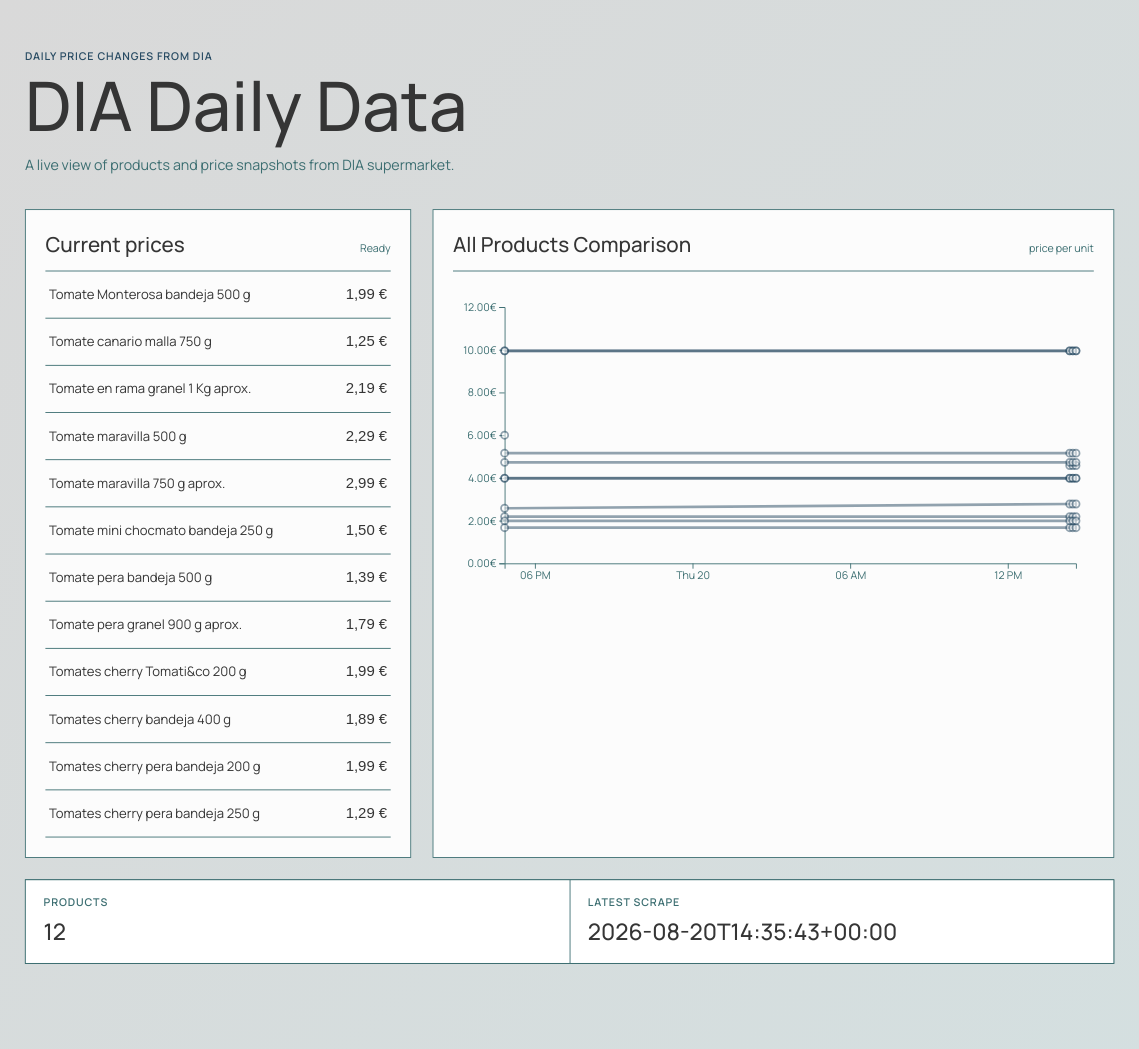
Repository: lloop/dia-daily-data
Page: http://localhost/
An editor plug-in stored every save of this project. The page is shown before and after the next save, followed by the edit.
The browser window is 1280 px wide. The pictures show the whole page, at 89% of full size.
The page is served by the project's application, run on Flask 3 (app.py). The page reads the database file committed with the project.

Above is the page before, as saved 2026-08-20 17:26:38.

After the next save:
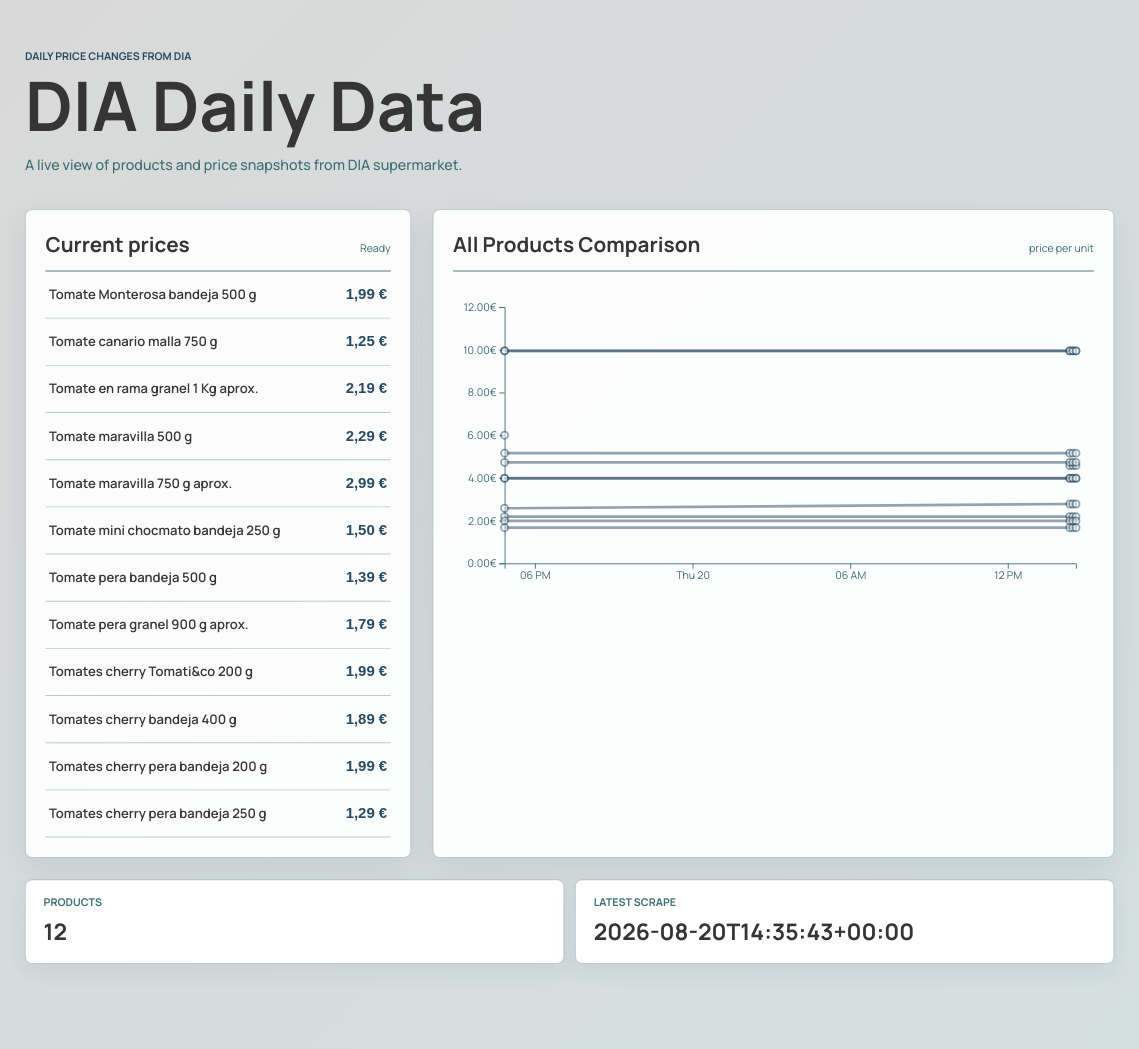
Saved 3 min 6 s later.
--- a/static/styles.css
+++ b/static/styles.css
@@ -21,24 +21,24 @@
 body { margin: 0; background: linear-gradient(135deg, var(--alabaster-grey), rgba(60, 110, 113, 0.22)); color: var(--ink); font-family: var(--font-sans);}
 .dashboard { max-width: 1280px; margin: 0 auto; padding: 56px 28px 72px; }
 .dashboard__header { max-width: 700px; margin-bottom: 36px; }
-.eyebrow, .summary__label, #status, #chart-unit { font: 600 0.75rem/1.2 var(--font-sans); letter-spacing: 0.08em; text-transform: uppercase; }
+.eyebrow, .summary__label, #status, #chart-unit { font: 700 0.75rem/1.2 var(--font-sans); letter-spacing: 0; text-transform: uppercase; }
 .eyebrow { color: var(--yale-blue); margin: 0 0 12px; }
-h1 { font-size: clamp(2.5rem, 6vw, 5.25rem); line-height: 0.95; margin: 0 0 18px; font-weight: 500; }
-.lede { color: var(--muted); font: 1rem/1.6 var(--font-sans); margin: 0; }
-.summary { display: flex; gap: 1px; margin-bottom: 24px; background: var(--line); border: 1px solid var(--line); }
-.summary > div { flex: 1; background: var(--panel); padding: 18px 20px; }
+h1 { font-size: clamp(2.5rem, 6vw, 5.25rem); line-height: 0.95; margin: 0 0 18px; font-weight: 700; letter-spacing: 0; }
+.lede { color: var(--muted); font: 500 1rem/1.6 var(--font-sans); margin: 0; }
+.summary { display: flex; gap: 12px; margin-bottom: 24px; }
+.summary > div { flex: 1; background: var(--panel); border: 1px solid rgba(60, 110, 113, 0.35); border-radius: 8px; padding: 18px 20px; box-shadow: 0 8px 24px rgba(40, 75, 99, 0.08); }
 .summary__label { display: block; color: var(--muted); margin-bottom: 8px; }
-.summary strong { font-size: 1.6rem; font-weight: 500; }
+.summary strong { font-size: 1.6rem; font-weight: 700; }
 .content-grid { display: grid; grid-template-columns: minmax(260px, 0.85fr) minmax(420px, 1.5fr); gap: 24px; margin-bottom: 24px;}
-.panel { background: rgba(255, 255, 255, 0.92); border: 1px solid var(--line); padding: 22px; min-height: 420px; }
+.panel { background: rgba(255, 255, 255, 0.92); border: 1px solid rgba(60, 110, 113, 0.35); border-radius: 8px; padding: 22px; min-height: 420px; box-shadow: 0 12px 32px rgba(40, 75, 99, 0.1); }
 .panel__heading { display: flex; align-items: baseline; justify-content: space-between; gap: 16px; border-bottom: 1px solid var(--line); padding-bottom: 14px; }
-h2 { font-size: 1.45rem; font-weight: 500; margin: 0; }
+h2 { font-size: 1.45rem; font-weight: 700; margin: 0; }
 #status, #chart-unit { color: var(--muted); letter-spacing: 0; text-transform: none; font-weight: 400; }
 .product-list { display: grid; }
-.product-button { display: flex; justify-content: space-between; gap: 16px; width: 100%; text-align: left; border: 0; border-bottom: 1px solid var(--line); background: transparent; color: inherit; padding: 16px 4px; cursor: pointer; }
+.product-button { display: flex; justify-content: space-between; gap: 16px; width: 100%; text-align: left; border: 0; border-bottom: 1px solid rgba(60, 110, 113, 0.35); background: transparent; color: inherit; padding: 16px 4px; cursor: pointer; transition: background 160ms ease, padding 160ms ease; }
 .product-button:hover, .product-button.is-selected { background: var(--accent-soft); padding-left: 10px; padding-right: 10px; }
-.product-name { font: 0.92rem/1.35 var(--font-sans); }
-.product-price { white-space: nowrap; font-size: 1.05rem; }
+.product-name { font: 600 0.92rem/1.35 var(--font-sans); }
+.product-price { white-space: nowrap; font-size: 1.05rem; font-weight: 700; color: var(--accent); }
 #price-chart { width: 100%; height: 350px; margin-top: 20px; overflow: visible; }
 .axis text { fill: var(--muted); font: 12px var(--font-sans); }
 .axis path, .axis line { stroke: var(--line); }
